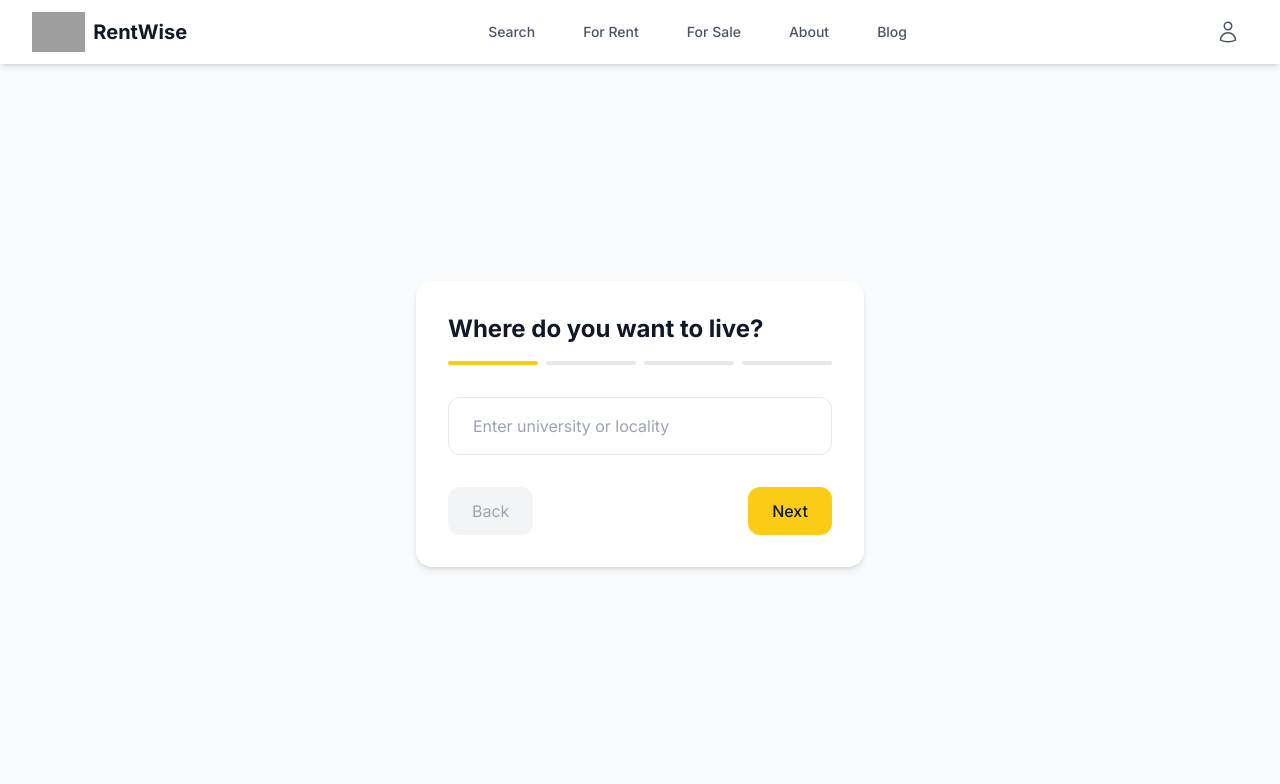
Repository: prady699/6225-sp25-group2
Page: /search
An editor plug-in stored every save of this project. The page is shown before and after the next save, followed by the edit.
The browser window is 1280 px wide. The pictures show the whole page.
Pictures or frames that could not be fetched are drawn as grey boxes. The page's requests for data from a server got no answer. The project was rebuilt for these pictures with package versions that can differ from the ones it lists, and the page was loaded fresh each time. The framework's server and built-in components were replaced by stand-ins that run in the browser. No one was signed in, and anything a server would have sent is missing. Also part of the build but not shown: next.config.js.

Above is the page before, as saved 2025-04-13 17:37:58.

After the next save:
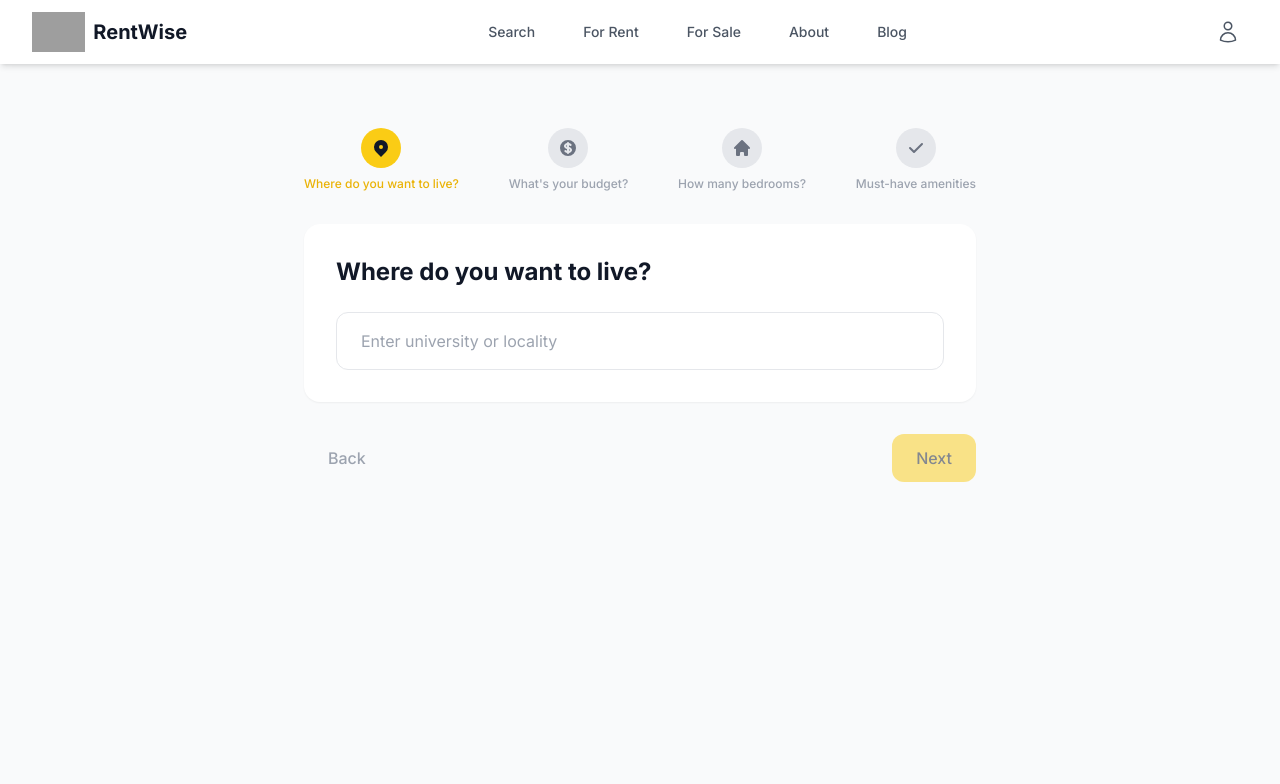
Saved 115 s later.
--- a/src/app/search/page.tsx
+++ b/src/app/search/page.tsx
@@ -402,56 +402,82 @@ export default function SearchPage() {
   };
 
   return (
-    <div className="min-h-screen bg-gray-50 flex flex-col items-center justify-center px-4">
-      <div className="w-full max-w-md">
+    <div className="min-h-screen bg-gray-50 py-16 px-4">
+      <div className="max-w-2xl mx-auto">
+        {/* Progress Steps */}
+        <div className="flex justify-between mb-8">
+          {steps.map((step, index) => {
+            const StepIcon = step.icon;
+            return (
+              <div
+                key={step.id}
+                className={`flex flex-col items-center ${
+                  index <= currentStep
+                    ? 'text-yellow-500'
+                    : 'text-gray-400'
+                }`}
+              >
+                <div
+                  className={`w-10 h-10 rounded-full flex items-center justify-center mb-2 ${
+                    index <= currentStep
+                      ? 'bg-yellow-400 text-gray-900'
+                      : 'bg-gray-200 text-gray-500'
+                  }`}
+                >
+                  <StepIcon className="w-5 h-5" />
+                </div>
+                <span className="text-xs font-medium">{step.title}</span>
+              </div>
+            );
+          })}
+        </div>
+
+        {/* Step Content */}
         <motion.div
-          initial={{ opacity: 0, y: 20 }}
-          animate={{ opacity: 1, y: 0 }}
-          transition={{ duration: 0.5 }}
-          className="bg-white rounded-2xl p-8 shadow-md"
+          key={currentStep}
+          initial={{ opacity: 0, x: 20 }}
+          animate={{ opacity: 1, x: 0 }}
+          transition={{ duration: 0.3 }}
+          className="bg-white p-8 rounded-2xl shadow-sm mb-8"
         >
-          <div className="mb-8">
-            <h1 className="text-2xl font-bold text-gray-900 mb-2">
-              {steps[currentStep].title}
-            </h1>
-            <div className="flex gap-2 mt-4">
-              {steps.map((step, index) => (
-                <div
-                  key={step.id}
-                  className={`flex-1 h-1 rounded-full ${
-                    index <= currentStep ? 'bg-yellow-400' : 'bg-gray-200'
-                  }`}
-                />
-              ))}
-            </div>
+          <h2 className="text-2xl font-bold text-gray-900 mb-6">
+            {steps[currentStep].title}
+          </h2>
+          {renderStepContent()}
+        </motion.div>
+
+        {/* Suggested Preferences */}
+        {currentStep === 0 && showSuggestions && (
+          <div className="mt-6">
+            <SuggestedPreferences onSelect={handleSelectPreference} />
           </div>
-
-          {currentStep === 0 && showSuggestions && (
-            <SuggestedPreferences onSelectPreference={handleSelectPreference} />
-          )}
-
-          <div className="mb-8">{renderStepContent()}</div>
-
-          <div className="flex justify-between">
-            <button
-              onClick={() => setCurrentStep((prev) => Math.max(0, prev - 1))}
-              disabled={currentStep === 0}
-              className={`px-6 py-3 rounded-xl ${
-                currentStep === 0
-                  ? 'bg-gray-100 text-gray-400 cursor-not-allowed'
-                  : 'bg-white border border-gray-200 text-gray-800 hover:bg-gray-50'
-              }`}
-            >
-              Back
-            </button>
-            <button
-              onClick={handleNext}
-              className="px-6 py-3 bg-yellow-400 text-gray-900 rounded-xl hover:bg-yellow-500 font-medium"
-            >
-              {currentStep === steps.length - 1 ? 'Show Results' : 'Next'}
-            </button>
-          </div>
-        </motion.div>
+        )}
+
+        {/* Navigation Buttons */}
+        <div className="flex justify-between">
+          <button
+            onClick={() => setCurrentStep((prev) => Math.max(0, prev - 1))}
+            className={`px-6 py-3 rounded-xl font-medium ${
+              currentStep === 0
+                ? 'text-gray-400 cursor-not-allowed'
+                : 'text-gray-600 hover:text-gray-900'
+            }`}
+            disabled={currentStep === 0}
+          >
+            Back
+          </button>
+          <button
+            onClick={handleNext}
+            className={`px-6 py-3 rounded-xl bg-yellow-400 text-gray-900 font-medium hover:bg-yellow-500 ${
+              currentStep === 0 && !formData.location
+                ? 'opacity-50 cursor-not-allowed'
+                : ''
+            }`}
+            disabled={currentStep === 0 && !formData.location}
+          >
+            {currentStep === steps.length - 1 ? 'Find Properties' : 'Next'}
+          </button>
+        </div>
       </div>
     </div>
   );
